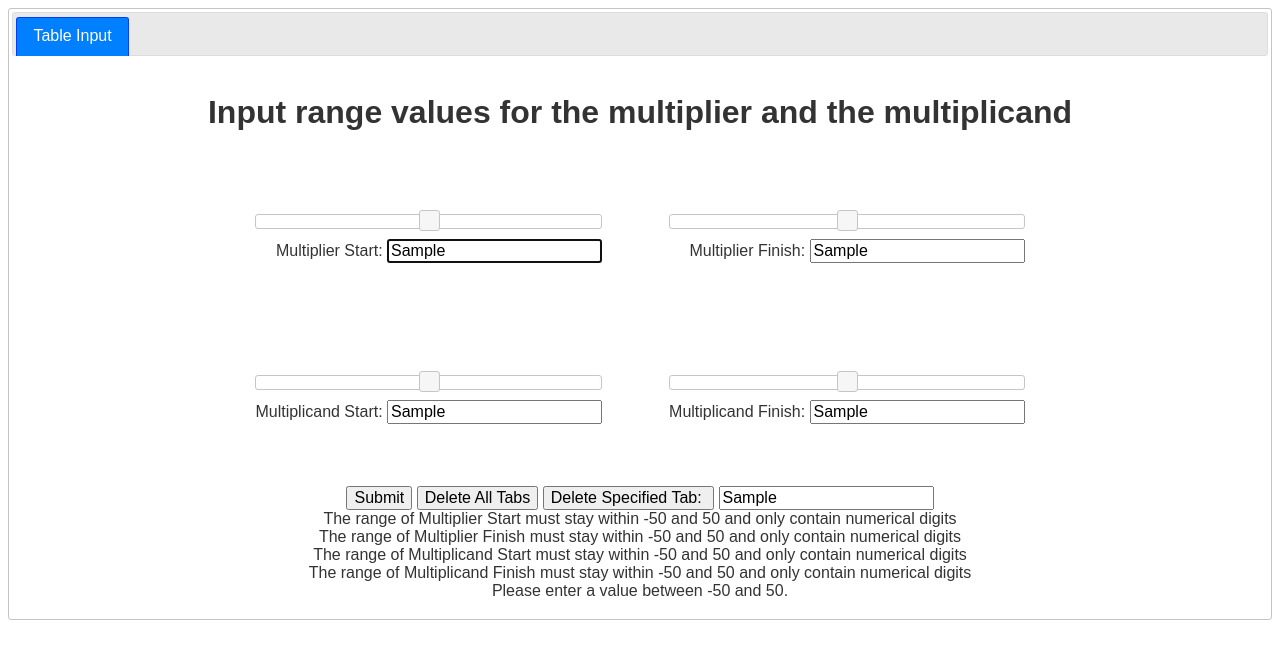
Repository: khrasna/HW4Part2
Page: index.html
These files come from the project's save history. The page is drawn as it stood at one moment and after a run of saves; the edit follows.
The browser window is 1280 px wide. The pictures show the whole page.
Empty fields were first filled with sample values (such as "Sample", 5 or name@example.com).
After loading, the first visible `#FormInput > input` was clicked once.
Some web libraries are served in a nearby version.

Above is the page before, as saved 2021-11-19 19:31:38.

### index.html
<!-- HTML file for Assignment 3
By Karsten Hrasna  email Karsten_Hrasna@student.uml.edu-->
<!DOCTYPE html>
<html>

<head>
    <title>Multiplication Table</title>
    <link rel="stylesheet" href="style.css">
    <script type="text/javascript" src="https://ajax.googleapis.com/ajax/libs/jquery/3.5.1/jquery.min.js"></script>
    <script type="text/javascript" src="dist/jquery.validate.min.js"></script>
    <script type="text/javascript" src="formvalidate.js"></script>
    <script type="text/javascript"
        src="https://ajax.googleapis.com/ajax/libs/jqueryui/1.11.4/jquery-ui.min.js"></script>
    <link rel="stylesheet" href="https://ajax.googleapis.com/ajax/libs/jqueryui/1.11.4/themes/smoothness/jquery-ui.css">
</head>

<body>

    <div id="tabs">
        <ul>
            <li><a href='#tab1'>Table Input</a></li>
        </ul>
        <div id="tab1">
            <h1>Input range values for the multiplier and the multiplicand</h1>
            <!-- Learned from W3schools. Creates a form which takes number ranges for multiplier and multiplicand. -->
            <form id="FormInput" action="javascript:void(0);" method="get">
                <!--Learned about javascript:void(0) from Dutchie432 at https://stackoverflow.com/questions/1818249/form-with-no-action-and-where-enter-does-not-reload-page-->
                <table>
                    <tr>

                        <td class="pad">
                            <div id="slider-1"></div>
                            Multiplier Start: <input input="text" name="MultiplierStart">
                        </td>

                        <td>
                            <div id="slider-2"></div>
                            Multiplier Finish: <input type="text" name="MultiplierFinish">
                        </td>
                    </tr>
                    <tr>
                        <td class="pad">
                            <div id="slider-3"></div>
                            Multiplicand Start: <input type="text" name="MultiplicandStart">
                        </td>

                        <td>
                            <div id="slider-4"></div>
                            Multiplicand Finish: <input type="text" name="MultiplicandFinish">
                        </td>
                    </tr>
                </table>
                <input type="submit" value="Submit">
                <input type="button" name="clear" value="Delete All Tabs">
                <input type="button" name="clearx" value="Delete Specified Tab: ">
                <input type="text" name="clearinput">
                <!--goes directly under form and processes the input to create a mult table-->
            </form>
        </div>
    </div>


</body>

</html>

### style.css
/*Created by Karsten Hrasna. email: Karsten_Hrasna@student.uml.edu*/
html,
body {
    height: 97%;
    text-align: center;
}

#slider-1,
#slider-2,
#slider-3,
#slider-4 {
    margin-bottom: 10px;
    margin-top: 10px;
}

div#tab1 {
    display: grid;
    grid-template-columns: 100%;
    /* top row of grid holds the form for input, the rest of page holds the multiplication table*/
    grid-template-rows: auto;
    height: 97%;

}

#multTable {
    margin: auto;
    border-collapse: separate;
    border-spacing: 0;
    /*the dynamically sized multiplication table */
    margin-top: 0px;
    border-bottom: 0px;

}

input[type=submit] {
    /* submit button under form spaced here */
    margin-top: 10px;
    margin-bottom: 0px;
}

#multTable td,
th {
    border: solid;
    border-color: black;
    min-width: 70px;
    font-size: 30px;
    height: 70px;
}


#multTable th {
    position: sticky;
    top: 0px;
    border-right: solid;
    border-right-color: white;
    border-bottom: solid;
    border-bottom-color: white;
    background-color: black;
    color: white;

}

#multTable th:first-child {
    position: sticky;
    top: 70px;
    left: 0;
}


.sticky {
    position: fixed;
    top: 0px;
    /* get the headers to stay fixed on mult table */
    width: 100%;
}

#multTable tr:first-child th:first-child {
    border: none;
    background-color: white;
}

#multTable p.inputError {
    margin: 0px;
}

form {
    margin-bottom: 0px;
}

table {
    margin-left: auto;
    margin-right: auto;
}

form td {
    text-align: right;
    justify-content: right;
    padding: 50px;
    /*line up the input form textboxes*/
}

form p {
    margin: 0px;
}

td.pad {
    padding-right: 15px;
}

### formvalidate.js
var tabs;

$(function () {
    $("#tabs").tabs();

    $("#slider-1").slider({
        min: -50,                       //initialize the four sliders to set the values of their respective input boxes
        max: 50,
        slide: function (event, ui) {
            $('input[name="MultiplierStart"]').val(ui.value);
        }
    });
    $("#slider-2").slider({
        min: -50,
        max: 50,
        slide: function (event, ui) {
            $('input[name="MultiplierFinish"]').val(ui.value);
        }
    });
    $("#slider-3").slider({
        min: -50,
        max: 50,
        slide: function (event, ui) {
            $('input[name="MultiplicandStart"]').val(ui.value);
        }
    });
    $("#slider-4").slider({
        min: -50,
        max: 50,
        slide: function (event, ui) {
            $('input[name="MultiplicandFinish"]').val(ui.value);
        }
    });

    $('input[name="MultiplierStart"]').on('keyup', function () { //if the input boxes values are changed, set the slider to that value
        $("#slider-1").slider("option", "value", $('input[name="MultiplierStart"]').val());
    });

    $('input[name="MultiplierFinish"]').on('keyup', function () {
        $("#slider-2").slider("option", "value", $('input[name="MultiplierFinish"]').val());
    });

    $('input[name="MultiplicandStart"]').on('keyup', function () {
        $("#slider-3").slider("option", "value", $('input[name="MultiplicandStart"]').val());
    });

    $('input[name="MultiplicandFinish"]').on('keyup', function () {
        $("#slider-4").slider("option", "value", $('input[name="MultiplicandFinish"]').val());
    });


    $.validator.addMethod("less", function (value, element, params) {
        if (params[0].value == "") {
            return true; // dont want it to say that the start has to be greater than finish if no finish given. instead it will say to give finish value in other error
        } else {
            return this.optional(element) || +value <= +params[0].value;

        } //checks to make sure that the starts are less than the finishes, learned from
    });                                                           // https://jqueryvalidation.org/jQuery.validator.addMethod/

    $('input[value="Submit"]').on("click", function () {

        $("#FormInput").validate({
            onkeyup: false,     //this makes it so the validator doesnt update the error messages whenever new input is typed. only validates when submit is hit.
            onfocusout: false,  //learned about onkeyup, and onfocusout at https://www.sitepoint.com/jquery-validation-validate-form-submit/
            rules: {
                MultiplierStart: {
                    range: [-50, 50],
                    less: $('input[name="MultiplierFinish"]'),
                    required: true

                },
                MultiplierFinish: {
                    required: true,
                    range: [-50, 50]
                },

                MultiplicandStart: {
                    range: [-50, 50],
                    less: $('input[name="MultiplicandFinish"]'),
                    required: true
                },

                MultiplicandFinish: {
                    range: [-50, 50],
                    required: true
                },

                clearinput: {
                    range: [-50, 50]
                }
            },

            messages: {
                MultiplierStart: {
                    required: "Multiplier Start must be a digit between -50 and 50",
                    range: "The range of Multiplier Start must stay within -50 and 50 and only contain numerical digits",
                    less: "The value of Multiplier Start must be less than or equal to Multiplier Finish."
                },

                MultiplierFinish: {
                    required: "Multiplier Finish must be a digit between -50 and 50",
                    range: "The range of Multiplier Finish must stay within -50 and 50 and only contain numerical digits",
                },

                MultiplicandStart: {
                    required: "Multiplicand Start must be a digit between -50 and 50",
                    range: "The range of Multiplicand Start must stay within -50 and 50 and only contain numerical digits",
                    less: "The value of Multiplicand Start must be less than or equal to Multiplicand Finish."
                },

                MultiplicandFinish: {
                    required: "Multiplicand Finish must be a digit between -50 and 50",
                    range: "The range of Multiplicand Finish must stay within -50 and 50 and only contain numerical digits",
                }
            },

            errorPlacement: function (error, element) {
                $(error).appendTo($(('#FormInput')));
            },
            errorElement: "p"

        });

        if ($("#FormInput").valid()) {
            process();
        }

    });

    $('input[name="clear"]').on("click", function () {
        for (var i = 2; i <= tabs; i++) {
            $("#tab" + i).remove();
            $("#tabs").find("li:not(:first)").remove();
            $("#tabs").tabs('refresh');
        }
    });

    $('input[name="clearx"]').on("click", function() {

    })

});

function process() {
    var multStart = $('input[name="MultiplierStart"]').val();
    var multFinish = $('input[name="MultiplierFinish"]').val();
    var multiplicandStart = $('input[name="MultiplicandStart"]').val();
    var multiplicandFinish = $('input[name="MultiplicandFinish"]').val();

     //clear old table and create a table with size based on input given
    const rowVals = [];
    const colVals = []; //these will hold the values of the multiplier and multiplicand
    var rows = multFinish - multStart;
    var cols = multiplicandFinish - multiplicandStart;
    tabs = $("#tabs ul li").length + 1; //number of tabs, learned from https://stackoverflow.com/questions/14702631/in-jquery-ui-1-9-how-do-you-create-new-tabs-dynamically
    for (var i = 0; i <= cols; i++) {
        colVals[i] = (+multiplicandStart + +i); //save the values of the numbers being multiplied
    }
    for (var i = 0; i <= rows; i++) {
        rowVals[i] = (+multStart + +i);
    }
    var table = createTable(rows, cols, rowVals, colVals); //create table based on total rows and cols, and top and left are the sets of multipliers and multiplicands
    table.id = "multTable";
    //adds list item to tab list with parameters as title
    $("#tabs ul").append("<li><a href='#tab" + tabs + "'>" + multStart + " " + multFinish + " " + multiplicandStart + " " + multiplicandFinish + "</a></li>");
    $("#tabs").append("<div id='tab" + tabs + "'></div>"); //also learned from https://stackoverflow.com/questions/14702631/in-jquery-ui-1-9-how-do-you-create-new-tabs-dynamically
    $("#tab" + tabs).append(table); //adds the table to a new tab
    $("#tabs").tabs("refresh");

}

function createTable(rows, cols, rowVals, colVals) {
    var t = document.createElement('table');
    for (var x = 0; x <= rows + 1; x++) { // rows and cols + 1 to indicate ranges of numbers
        var r = document.createElement('tr');
        t.appendChild(r);
        for (var y = 0; y <= cols + 1; y++) {   //creates the cols of the table row by row
            if (y == 0) {
                var c = document.createElement('th'); //create and insert element based on position in table
                c.id = "topHeader";
                if (x != 0) {
                    c.innerHTML = rowVals[x - 1]; // - 1 because it is moved over 1 to the right
                }
            } else if (x == 0) {
                var c = document.createElement('th');
                if (y != 0) {
                    c.innerHTML = colVals[y - 1];
                }
            } else {
                var c = document.createElement('td');
                c.innerHTML = rowVals[x - 1] * colVals[y - 1];
                if (((y % 2) + (x % 2)) == 0 || ((y % 2) + (x % 2)) == 2) { // checker board effect
                    c.style.backgroundColor = "gray";
                }
            }
            r.appendChild(c);
        }
    }
    return t;
}

Loaded but not shown: dist/jquery.validate.min.js (library)

After the next 2 saves:
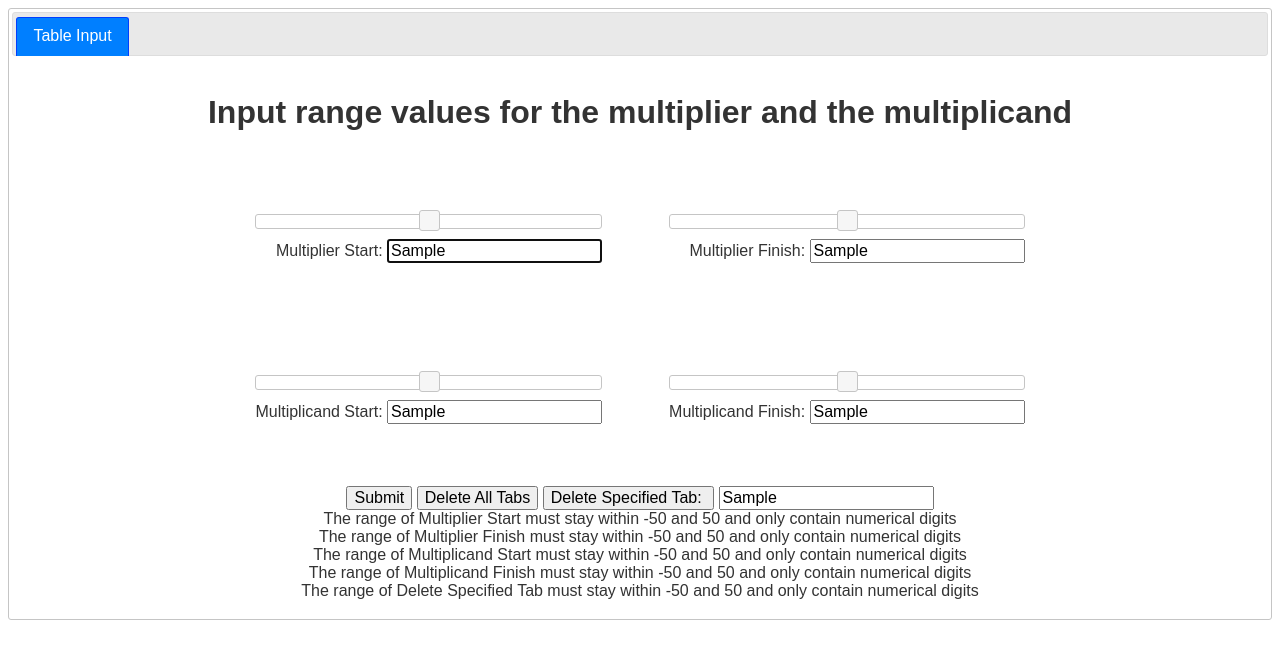
The 2 saves are shown as one change because they came seconds apart.
The last was saved 37 s later.
--- a/formvalidate.js
+++ b/formvalidate.js
@@ -112,6 +112,10 @@ $(function () {
                 MultiplicandFinish: {
                     required: "Multiplicand Finish must be a digit between -50 and 50",
                     range: "The range of Multiplicand Finish must stay within -50 and 50 and only contain numerical digits",
+                },
+
+                clearinput: {
+                    range: "The range of Delete Specified Tab must stay within -50 and 50 and only contain numerical digits"
                 }
             },
 
